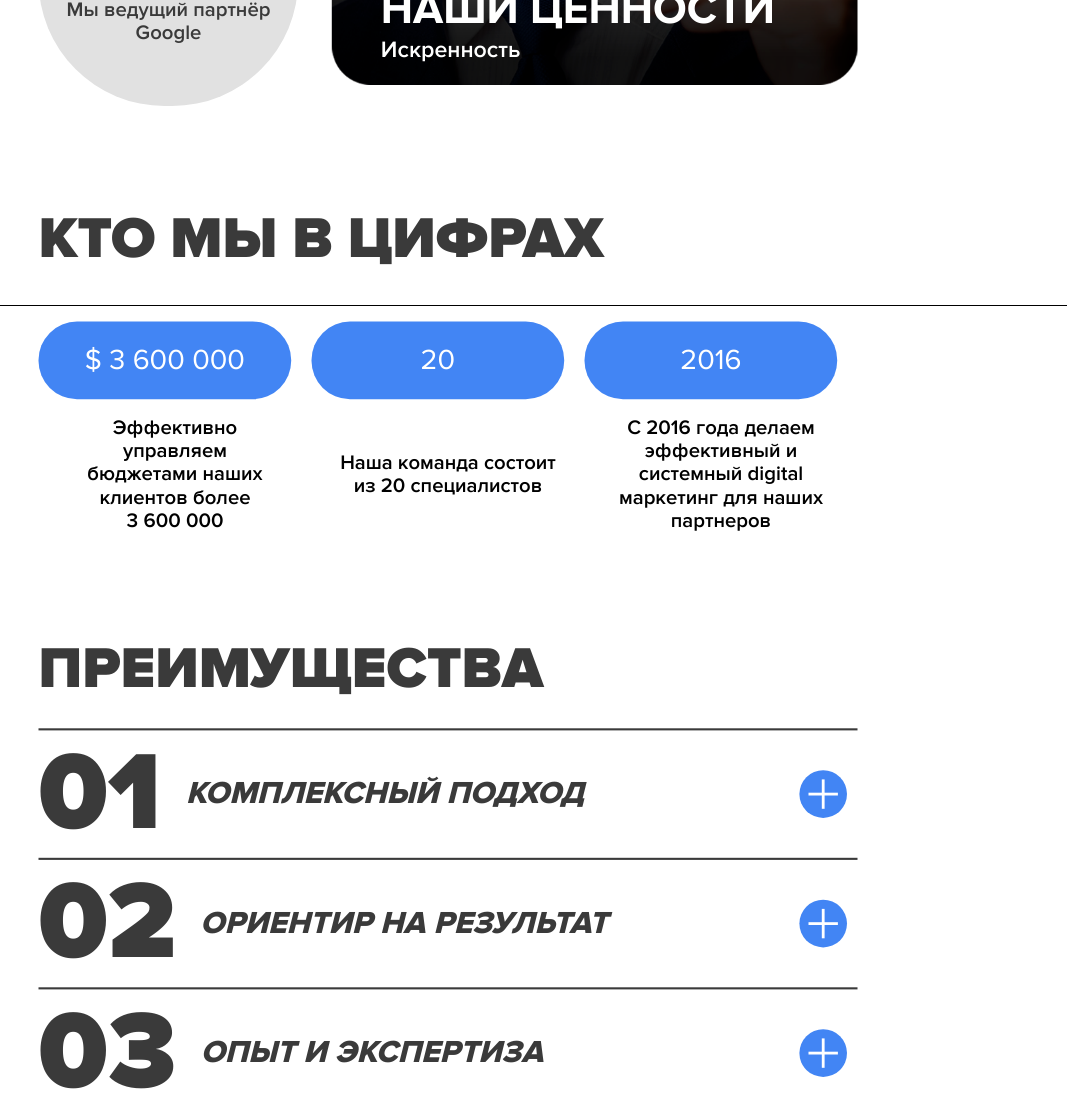
Repository: fanbear/Mnews
Page: index.html
These files come from the project's save history. The page is drawn as it stood at one moment and after the next save; the edit follows.
The browser window is 1280 px wide. The page is 1525 px wide, so the pictures cover 1525 px, including what lies to the right of the window. The pictures show the part of the page from y = 2468 to 4068 px (the page is 4068 px tall), at 70% of full size.
Some web libraries are served in a nearby version.

Above is the page before, as saved 2022-07-26 21:50:49.

After the next save:
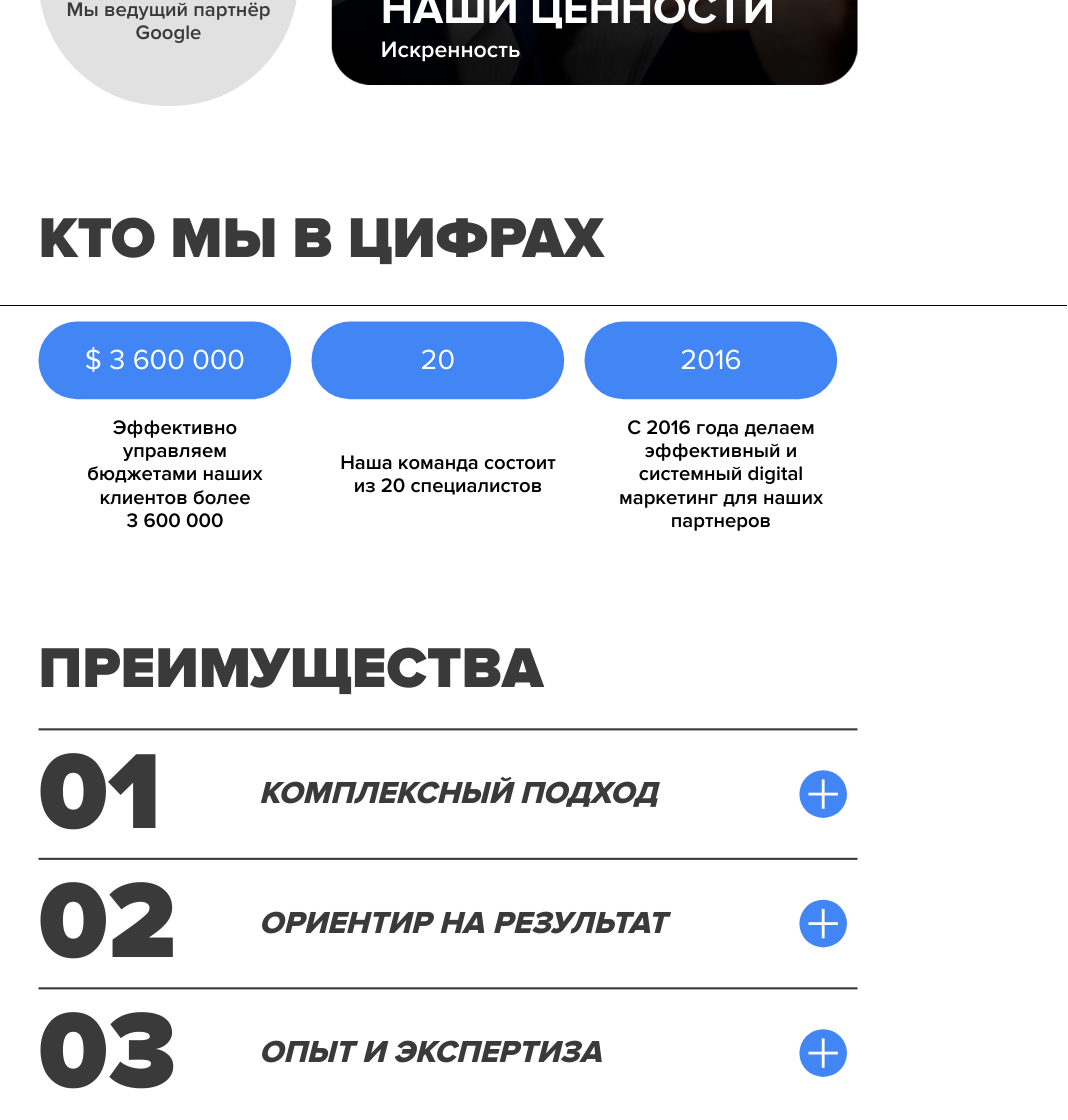
Saved 47 s later.
--- a/css/main.css
+++ b/css/main.css
@@ -216,6 +216,10 @@
     display: flex;
     align-items: center;
     position: relative;
+}
+
+.benefits-tab__item-head {
+    min-width: 280px;
 }
 
 .benefits-tab__item-head p {
